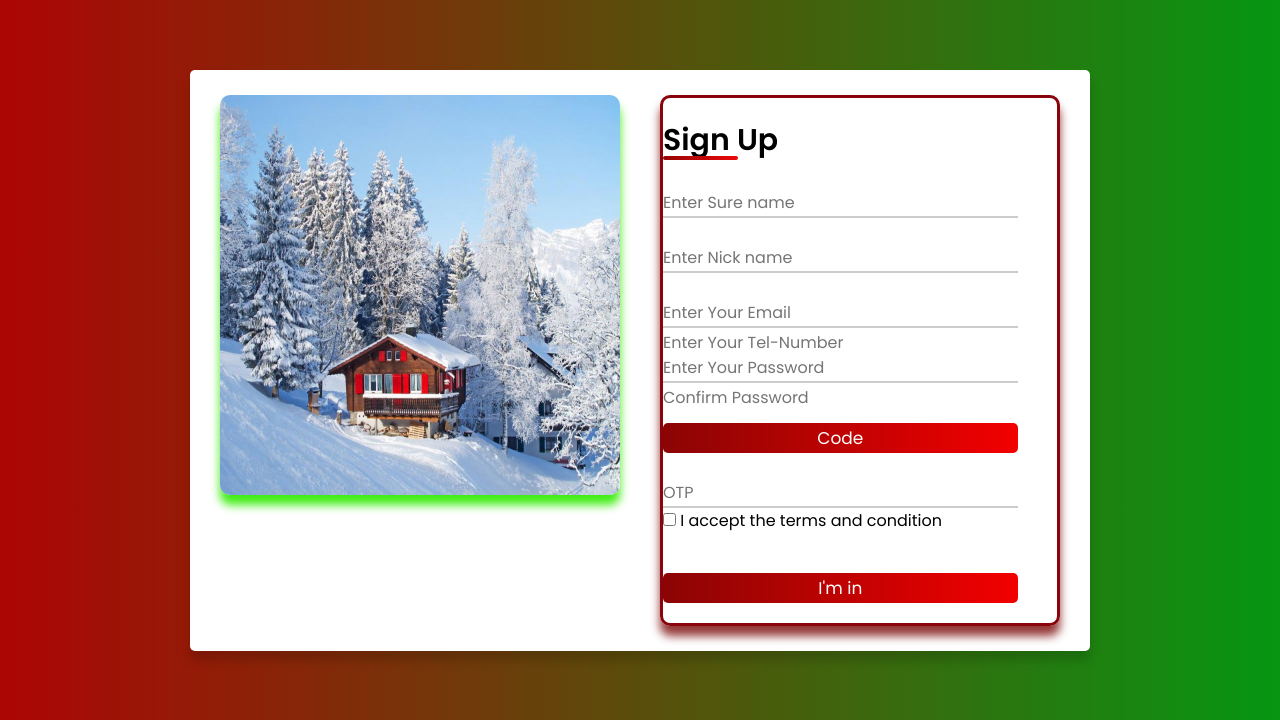
Repository: dev-ashik/Halloween
Page: Reg Page/Index.html
An editor plug-in stored every save of this project. The page is shown before and after a run of saves, followed by the edit.
The browser window is 1280 px wide. The pictures show the whole page.

Above is the page before, as saved 2021-12-21 22:21:24.

After the next 2 saves:
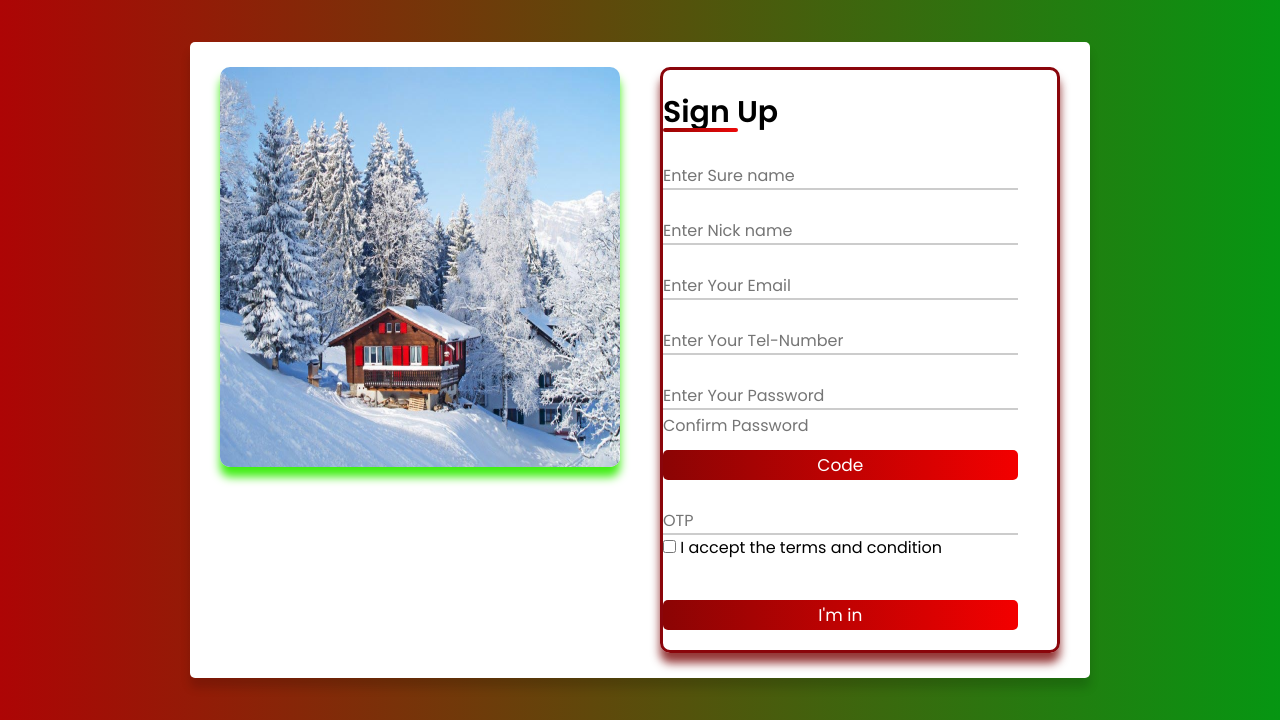
The 2 saves are shown as one change because they came seconds apart.
The last was saved 66 s later.
--- a/Reg Page/Index.html
+++ b/Reg Page/Index.html
@@ -25,10 +25,12 @@
                     <div class="underline"></div>
                 </div>
                 <div class="box underline">
-                    <input type="text" placeholder="Enter Your Email" id="mail" required><br/>
-                    <input type="text" placeholder="Enter Your Tel-Number" id="number" required>
+                    <input type="text" placeholder="Enter Your Email" id="mail" required>
                     <div class="underline"></div>
                     <!--Email Field with velidation-->
+                </div>
+                <div class="box underline">
+                    <input type="text" placeholder="Enter Your Tel-Number" id="number" required>
                 </div>
                 <div class="box">
                     <input type="password" placeholder="Enter Your Password" id="pwd" required><br/>
